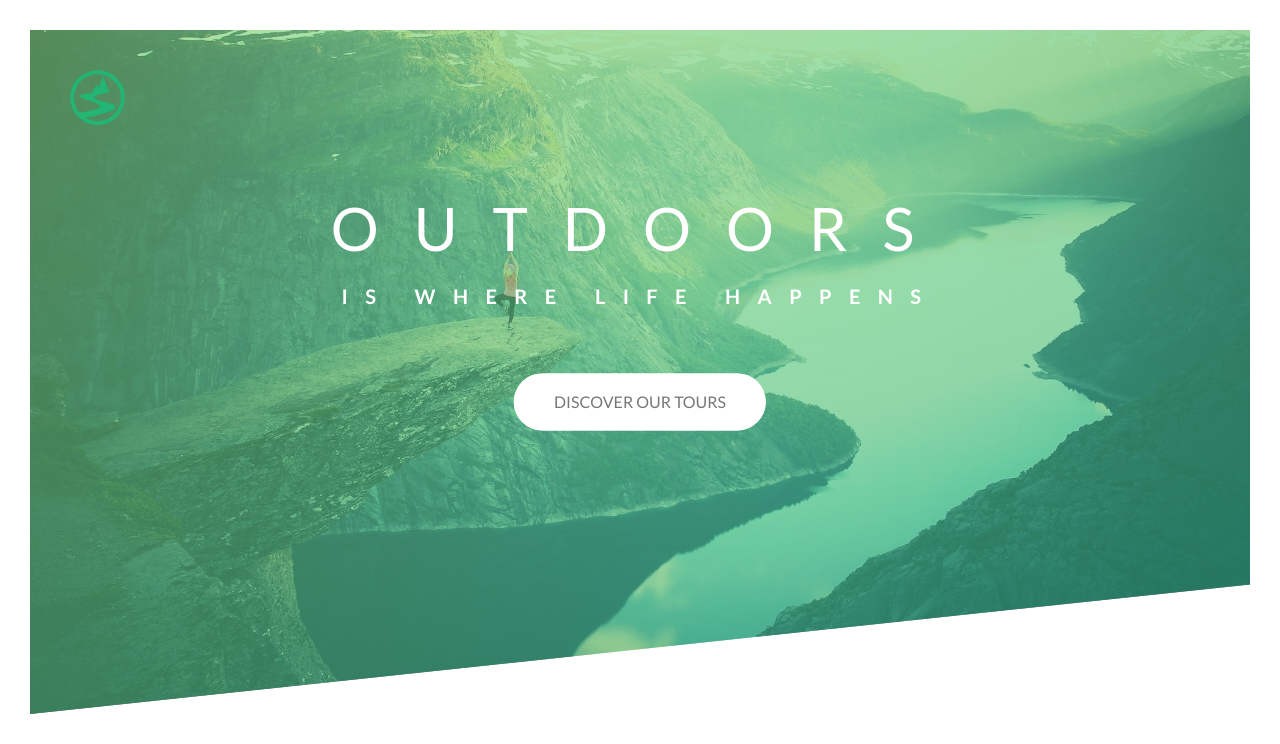
Repository: mukiSabljakovic/NatoursV1
Page: index.html
These files come from the project's save history. The page is drawn as it stood at one moment and after the next save; the edit follows.
The browser window is 1280 px wide. The pictures show the whole page.
Some web libraries are served in a nearby version.

Above is the page before, as saved 2020-05-11 16:27:34.

After the next save:
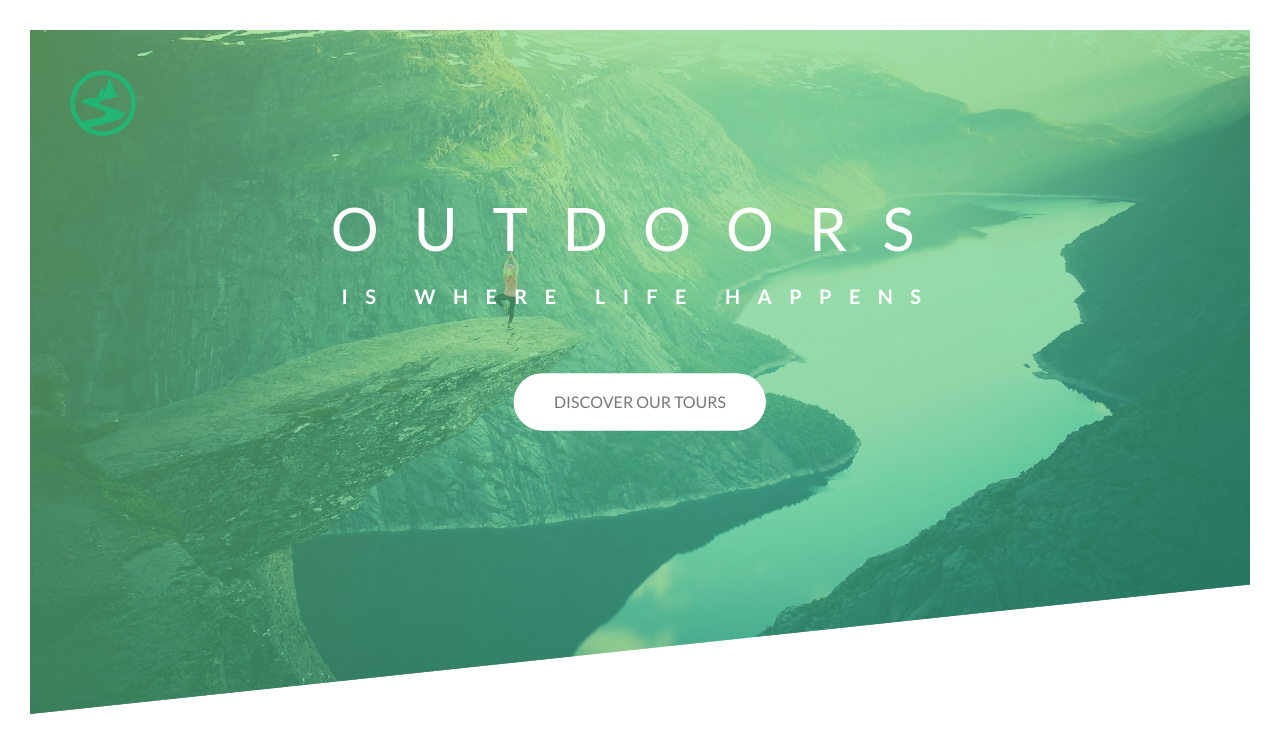
Saved 5 s later.
--- a/css/style.css
+++ b/css/style.css
@@ -48,7 +48,7 @@ body {
 }
 
 .logo {
-    height: 55px;
+    height: 66px;
 }
 
 .text-box {
